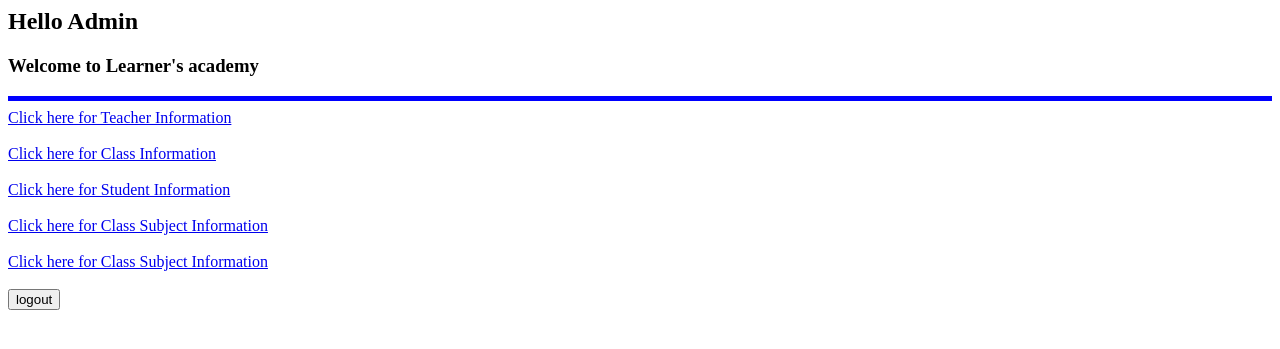
Repository: anithagnana123/Simplilearn_Phase2_project
Page: http://localhost/phase2-project/welcome
The author's editor kept a copy of each file at every save. The page is drawn from the files as they stood at one save, then again after the next save.
The browser window is 1280 px wide. The pictures show the whole page.
The page is served by Tomcat 9.

Above is the page before, as saved 2022-10-23 02:04:53.

After the next save:
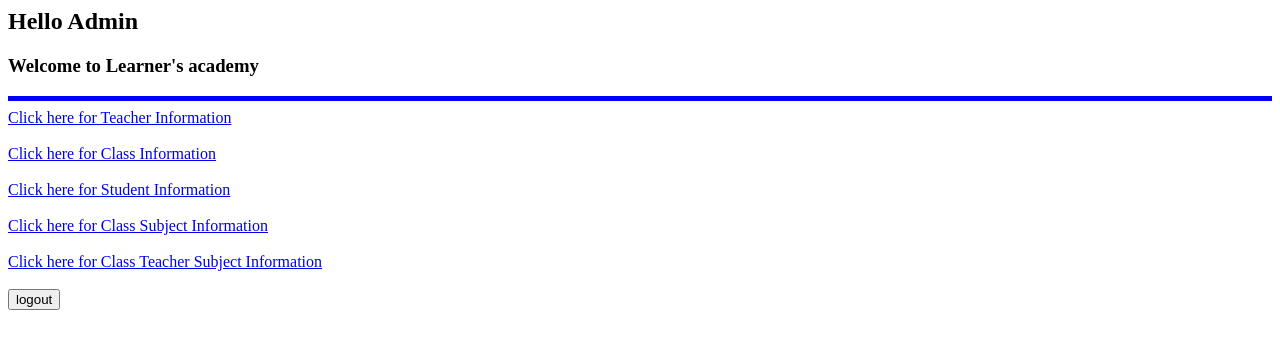
Saved 67 s later.
--- a/phase2-project/src/main/java/com/simplilearn/workshop/WelcomeServlet.java
+++ b/phase2-project/src/main/java/com/simplilearn/workshop/WelcomeServlet.java
@@ -48,7 +48,7 @@ public class WelcomeServlet extends HttpServlet {
 	    out.println("<br> <br>");
 	    out.println("<a href = \"classsub.html\">Click here for Class Subject Information</a>");
 	    out.println("<br> <br>");
-	    out.println("<a href = \"classsubteach.html\">Click here for Class Subject Information</a>");
+	    out.println("<a href = \"classsubteach.html\">Click here for Class Teacher Subject Information</a>");
 
 
 	    out.println("&nbsp;");
